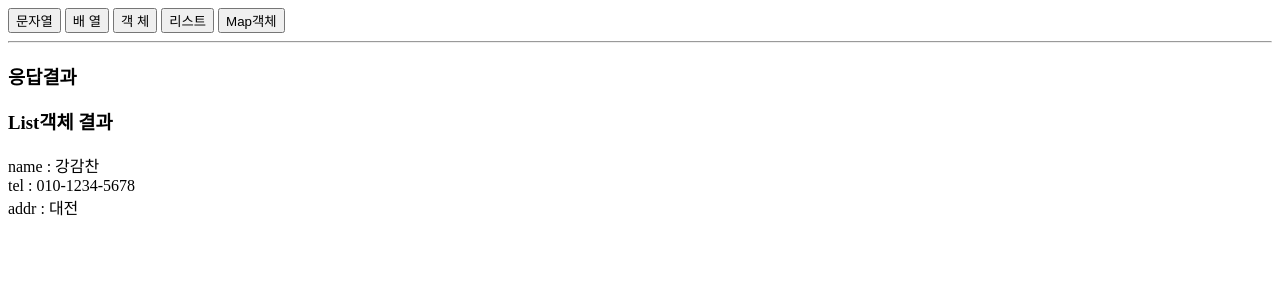
Repository: p2terkim/servletWork
Page: http://localhost/servletTest/basic/json/jsonTest.jsp
An editor plug-in stored every save of this project. The page is shown before and after the next save, followed by the edit.
The browser window is 1280 px wide. The pictures show the whole page.
After loading, the first visible `#mapBtn` was clicked once.
The page is served by Tomcat 9.

Above is the page before, as saved 2021-05-20 06:47:27.

After the next save:
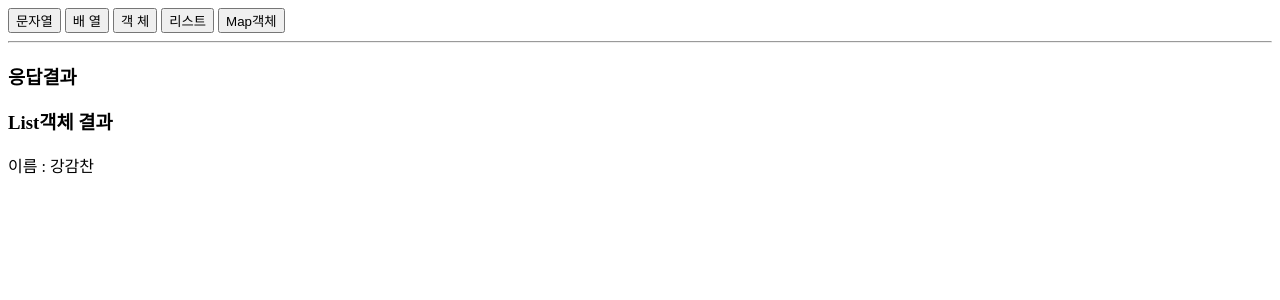
Saved 2 min 2 s later.
--- a/servletTest/WebContent/basic/json/jsonTest.jsp
+++ b/servletTest/WebContent/basic/json/jsonTest.jsp
@@ -93,13 +93,17 @@ $(function(){
 
 				var str = "<h3>List객체 결과</h3>";
 
+				/*
+				//방법1
 				//data가 Map이거나 객체일 경우에 변수 i에는 변수명 또는 key값이 문자열로 저장되고
 				//변수 v에는 '변수에 저장된 데이터 값'이나 'value값'이 저장된다.
 				$.each(data, function(i,v){
 					str += i + " : " + v + "<br>";
 
 				});
+				*/
 
+				str += "이름 : " + data.name + "<br>";
 
 				$('#result').html(str);
 			},
